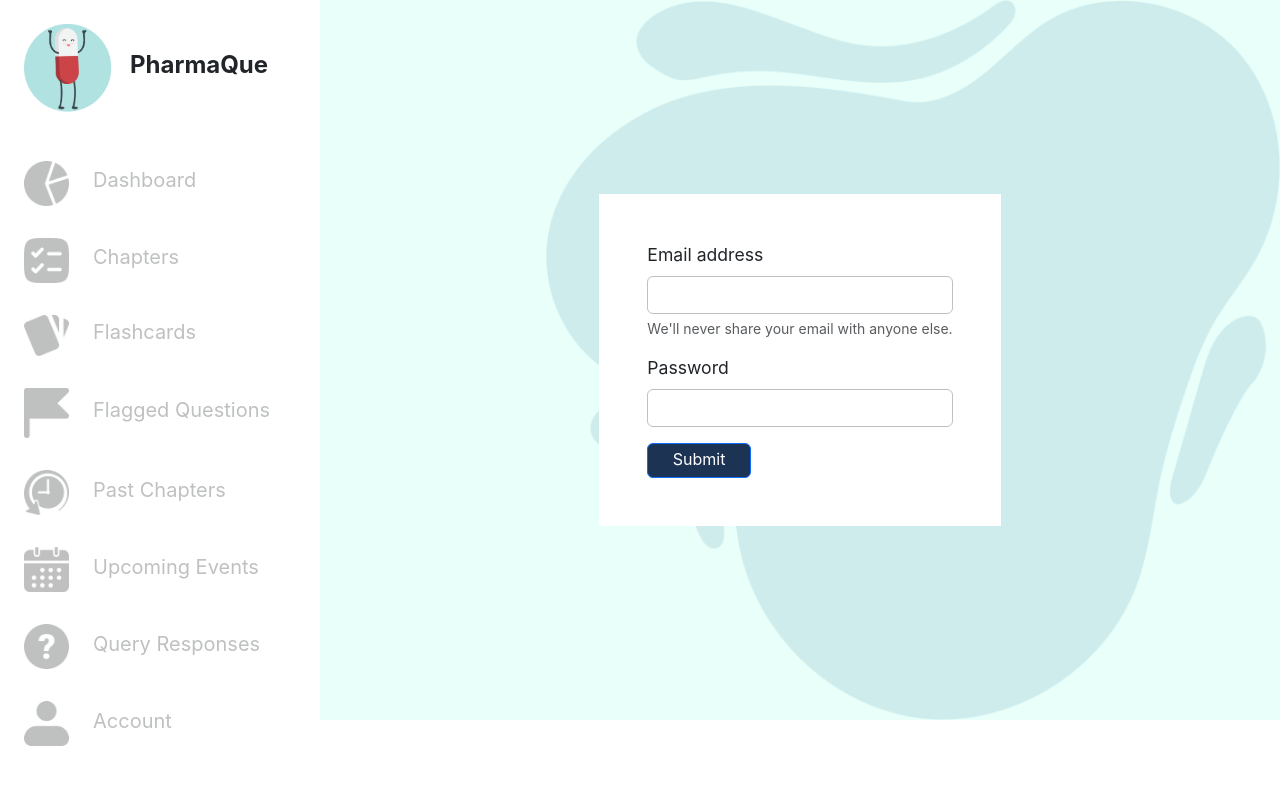
Repository: Kronium345/new_pharmaque_web_app
Page: /chat-room
The author's editor kept a copy of each file at every save. The page is drawn from the files as they stood at one save, then again after the next save.
The browser window is 1280 px wide. The pictures show the whole page.
The page's requests for data from a server got no answer. The project was rebuilt for these pictures with package versions that can differ from the ones it lists, and the page was loaded fresh each time. No one was signed in, and anything a server would have sent is missing. Also part of the build but not shown: src/pages/Login.js, src/pages/MyAccount.js, src/pages/UpcomingEvents.js, src/pages/UpcomingEvents2.js, src/pages/Chapters.js, src/pages/Dashboard.js, src/pages/FlaggedQuestions.js, src/pages/FlashcardQuestion.js and 33 more.

Above is the page before, as saved 2024-03-10 21:40:31.

After the next save:
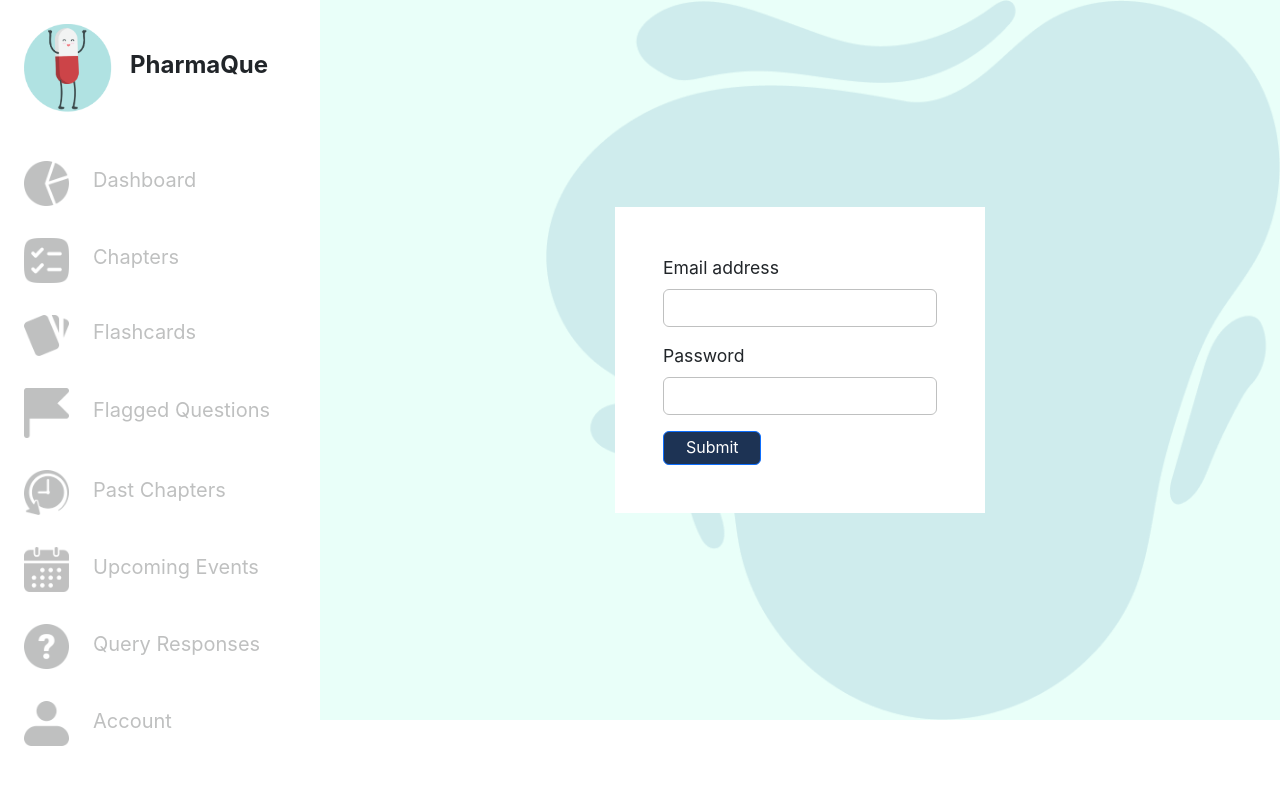
Saved 6 s later.
--- a/src/pages/ChatRoom.js
+++ b/src/pages/ChatRoom.js
@@ -180,9 +180,6 @@ const ChatRoom = () => {
                       id="exampleInputEmail1"
                       aria-describedby="emailHelp"
                     />
-                    <div id="emailHelp" class="form-text">
-                      We'll never share your email with anyone else.
-                    </div>
                   </div>
                   <div class="mb-3">
                     <label for="exampleInputPassword1" class="form-label">
